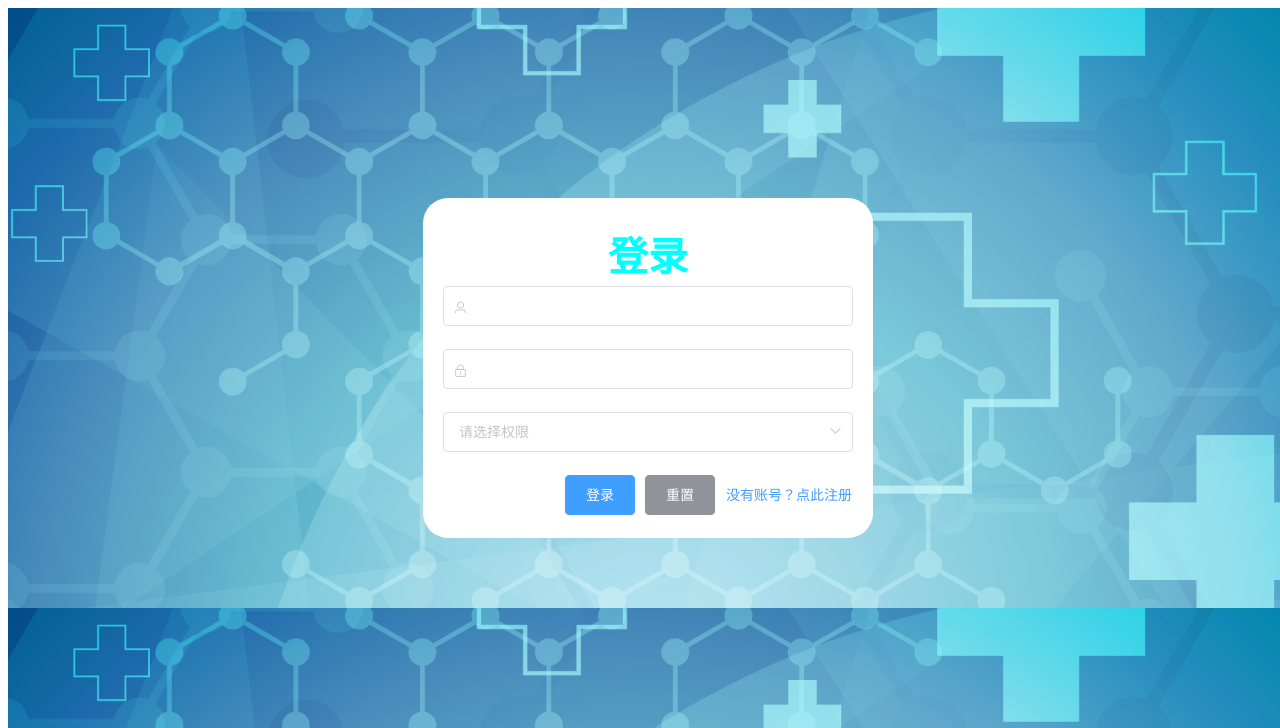
Repository: ShaoCHis/WEB-SOA-frontEnd
Page: /
An editor plug-in stored every save of this project. The page is shown before and after the next save, followed by the edit.
The browser window is 1280 px wide. The pictures show the whole page.
The project was rebuilt for these pictures with package versions that can differ from the ones it lists, and the page was loaded fresh each time. Also part of the build but not shown: src/components/test.vue, src/components/test2.vue, src/components/Register.vue, src/components/Admin/ManagePage.vue, src/components/Hospital/HMainPage.vue, src/components/Patient/MainPage.vue.

Above is the page before, as saved 2021-11-16 18:28:43.

### src/main.js
import Vue from 'vue'
import App from './App.vue'
import router from './router'
import axios from 'axios'//axios
import './plugins/element.js'
import './assets/icon/iconfont.css'
Vue.config.productionTip = false
Vue.prototype.$axios = axios//axios

new Vue({
  router,
  render: h => h(App),
  template: '<App/>'
}).$mount('#app')



//import ElementUI from 'element-ui' //element-ui的全部组件
//import 'element-ui/lib/theme-chalk/index.css'//element-ui的css
//Vue.use(ElementUI) //使用elementUI

/* eslint-disable no-new */
// new Vue({
//   el: '#app',
//   router,
//   components: { App },
//   template: '<App/>'
// })

### src/App.vue
<template>
  <div id="app">
      <router-view v-if="isRouterAlive" />
  </div>
</template>

<script>


export default {
  name:"app",
  provide(){
		return{
			reload:this.reload
		}
	},
data(){
		return{
			isRouterAlive:true
		}
	},
	methods: {
		reload() {
			this.isRouterAlive=false
			this.$nextTick(function(){
				this.isRouterAlive=true
			})
		}
  }
};
</script>

<style>
html,body,#app{

 height: 100%;

}
</style>

### src/router/index.js
import Vue from 'vue'
import Router from 'vue-router'
// import Login from '@/components/Login'
// import Result from '@/components/Result'
import Login from '../components/Login.vue'
import test from '../components/test.vue'
import test2 from '../components/test2.vue'
import Register from '../components/Register.vue'
import ManagePage from '../components/Admin/ManagePage.vue'
import HMainPage from '../components/Hospital/HMainPage.vue'
import MainPage from '../components/Patient/MainPage.vue'

Vue.use(Router)

export default new Router({
  routes: [
    { path: '/', component: Login},
    { path: '/login', component: Login},
    { path: '/register', component: Register},
    { path: '/managepage', component: ManagePage},
    { path: '/hmainpage', component: HMainPage},
    { path: '/mainpage', component: MainPage},
    { path: '/test', component: test},
    { path: '/test2', component: test2},
  ]
})

### src/plugins/element.js
import Vue from 'vue'
import 'element-ui/lib/theme-chalk/index.css'
import {
  Avatar,
  Pagination,
  Dialog,
  Autocomplete,
  Dropdown,
  DropdownMenu,
  DropdownItem,
  Menu,
  Submenu,
  MenuItem,
  MenuItemGroup,
  Input,
  InputNumber,
  Radio,
  RadioGroup,
  RadioButton,
  Checkbox,
  CheckboxButton,
  CheckboxGroup,
  Switch,
  Select,
  Option,
  OptionGroup,
  Button,
  ButtonGroup,
  Table,
  Divider,
  TableColumn,
  DatePicker,
  TimeSelect,
  TimePicker,
  Popover,
  Tooltip,
  Breadcrumb,
  BreadcrumbItem,
  Form,
  FormItem,
  Tabs,
  TabPane,
  Tag,
  Tree,
  Alert,
  Slider,
  Icon,
  Row,
  Col,
  Upload,
  Progress,
  Spinner,
  Badge,
  Card,
  Rate,
  Steps,
  Step,
  Carousel,
  CarouselItem,
  Collapse,
  CollapseItem,
  Cascader,
  ColorPicker,
  Transfer,
  Container,
  Header,
  Aside,
  Main,
  Footer,
  Timeline,
  TimelineItem,
  Link,
  Image,
  Calendar,
  Backtop,
  PageHeader,
  CascaderPanel,
  Loading,
  MessageBox,
  Message,
  Notification,
  Popconfirm
} from 'element-ui';
Vue.use(Avatar);
Vue.use(Pagination);
Vue.use(Dialog);
Vue.use(Autocomplete);
Vue.use(Dropdown);
Vue.use(DropdownMenu);
Vue.use(DropdownItem);
Vue.use(Menu);
Vue.use(Submenu);
Vue.use(MenuItem);
Vue.use(MenuItemGroup);
Vue.use(Input);
Vue.use(InputNumber);
Vue.use(Radio);
Vue.use(RadioGroup);
Vue.use(RadioButton);
Vue.use(Checkbox);
Vue.use(CheckboxButton);
Vue.use(CheckboxGroup);
Vue.use(Switch);
Vue.use(Select);
Vue.use(Option);
Vue.use(OptionGroup);
Vue.use(Button);
Vue.use(ButtonGroup);
Vue.use(Table);
Vue.use(Divider);
Vue.use(TableColumn);
Vue.use(DatePicker);
Vue.use(TimeSelect);
Vue.use(TimePicker);
Vue.use(Popover);
Vue.use(Popconfirm);
Vue.use(Tooltip);
Vue.use(Breadcrumb);
Vue.use(BreadcrumbItem);
Vue.use(Form);
Vue.use(FormItem);
Vue.use(Tabs);
Vue.use(TabPane);
Vue.use(Tag);
Vue.use(Tree);
Vue.use(Alert);
Vue.use(Slider);
Vue.use(Icon);
Vue.use(Row);
Vue.use(Col);
Vue.use(Upload);
Vue.use(Progress);
Vue.use(Spinner);
Vue.use(Badge);
Vue.use(Card);
Vue.use(Rate);
Vue.use(Steps);
Vue.use(Step);
Vue.use(Carousel);
Vue.use(CarouselItem);
Vue.use(Collapse);
Vue.use(CollapseItem);
Vue.use(Cascader);
Vue.use(ColorPicker);
Vue.use(Transfer);
Vue.use(Container);
Vue.use(Header);
Vue.use(Aside);
Vue.use(Main);
Vue.use(Footer);
Vue.use(Timeline);
Vue.use(TimelineItem);
Vue.use(Link);
Vue.use(Divider);
Vue.use(Image);
Vue.use(Calendar);
Vue.use(Backtop);
Vue.use(PageHeader);
Vue.use(CascaderPanel);

Vue.use(Loading.directive);

Vue.prototype.$loading = Loading.service;
Vue.prototype.$msgbox = MessageBox;
Vue.prototype.$alert = MessageBox.alert;
Vue.prototype.$confirm = MessageBox.confirm;
Vue.prototype.$prompt = MessageBox.prompt;
Vue.prototype.$notify = Notification;
Vue.prototype.$message = Message;

### src/assets/icon/iconfont.css
@font-face {
  font-family: "iconfont"; /* Project id 2933034 */
  src: url('iconfont.woff2?t=1636685974259') format('woff2'),
       url('iconfont.woff?t=1636685974259') format('woff'),
       url('iconfont.ttf?t=1636685974259') format('truetype');
}

.iconfont {
  font-family: "iconfont" !important;
  font-size: 16px;
  font-style: normal;
  -webkit-font-smoothing: antialiased;
  -moz-osx-font-smoothing: grayscale;
}

.icon-xiaozu:before {
  content: "\e69a";
  font-size: 18px;
  margin-right: 3px;
  margin-top:2px;
}

### src/components/Login.vue
<template>
<div>
    <div class="login_container" >
        <div class="login_box">
            <div class="tip">
             <h1>登录</h1>
            </div>
            <!-- 头像区域 -->
            <!-- <div class="avatar_box">
               <img src="../assets/back.jpg" alt="">
            </div> -->
            <!-- 登录表单 -->
            <el-form ref="loginFormRef" :model="loginForm" :rules="loginFormRules" label-width="0px" class="login_form">
                <!-- 用户名 -->
                <el-form-item prop="userid">
                     <el-input v-model="loginForm.userid" prefix-icon="el-icon-user"></el-input>
                </el-form-item>
                <!-- 密码 -->
                <el-form-item prop="password">
                     <el-input v-model="loginForm.password" prefix-icon="el-icon-lock"
                     type="password"></el-input>
                </el-form-item>
                <!-- 身份 -->
                <el-form-item prop="role"  >
                   <el-select v-model="loginForm.role" @change="searchSelect(loginForm.role)" placeholder="请选择权限"  style="width:100%" prefix>
                      <el-option v-for="item in options"
                       :key="item.role"
                       :label="item.label"
                       :value="item.role">
                       </el-option>
                  </el-select>
                </el-form-item>

                <!-- 按钮区域 -->
                <el-form-item class="btns">
                     <el-button type="primary" @click="login">登录</el-button>
                     <el-button type="info" @click="resetLoginForm">重置</el-button>
                     <el-button type="text" @click="register">没有账号？点此注册</el-button>
                </el-form-item>
            </el-form>

        </div>
    </div>
</div>
</template>

<script>
export default {

    data(){
        return{

           loginForm:{
                userid:'',
                password:'',
                role:'',
            },
            options: [
                     {label:"患者", role:'Patient'},
                     {label:"医院" , role:"Hospital"},
                     {label:"管理员", role:"Admin"}
                     ],

            loginFormRules:{
                userid:[{required: true, message: '请输入登录账号', trigger: "blur"},
                { min: 5, max: 10, message: '长度在 5 到 10 个字符', trigger: "blur"}],
                password:[{required: true, message: '请输入登录密码', trigger: "blur"},
                { min: 6, max: 15, message: '长度在 6 到 15 个字符', trigger: "blur"}]
            },

            searchSelect(val){
                console.log(val)
                this.value = val
                console.log(this.loginForm)
            },

        };

  },
  methods:{
      //重置按钮
      resetLoginForm(){
         // console.log(this)
          this.$refs.loginFormRef.resetFields();
      },
      login(){
          //  this.$axios
          // //查询是否有该电话
          // .post("/api/Canteen/checkCustomerandAdd",{
          //     "phone": this.username
          // })
          // .then(response=> {
          //   id = response.data;
          //   console.log(id);
          //   //以用户id登录
          //   this.$alert('登录成功！', '提示', {
          //     	confirmButtonText: '确定'
          //     });
          //     this.$router.push({
          //       path:'/Reservation/CustomPage',
          //       name:'CustomPage'
          //     });
          //     sessionStorage.setItem("userID",id);
          //     sessionStorage.setItem("customPageTitle","欢迎来到和平饭店");
          // })

         if(this.value=="Patient") this.$router.push('/mainpage');
         if(this.value=="Hospital") this.$router.push('/hmainpage');
         if(this.value=="Admin") this.$router.push('/managepage');
      },
      register(){
          this.$router.push('/register');
      },
     },
}


</script>

<style lang="less" scoped>
.tip{
          color:cyan;
          font-size: 20px;
          font-weight: bold;
          text-align: center;
          margin-bottom: 30px;
}

.login_container{
    background-color: #5c2c948c;
    background-image:url('../assets/back.jpeg');
    background-size: 100%,100%;
    height: 100%;
    width: 100%;
    position: fixed;
}

.login_box{
    width:450px;
    height:340px;
    background-color: #fff;
    border-radius: 25px;
    position:absolute;
    left:50%;
    top:50%;
    transform: translate(-50%,-50%);
    .avatar_box{
        height:110px;
        width:110px;
        border:1px solid #eee;
        border-radius:50%;
        padding:5px;
        box-shadow:0 0 2px #ddd;
        position: absolute;
        left: 50%;
        transform: translate(-50%,-50%);
        background-color: #fff;
        img{
            width:100%;
            height:100%;
            border-radius: 50%;
            background-color: #eee;
        }
    }
}
.login_form{
    position:absolute;
    bottom:0;
    width: 100%;
    padding:0 20px;
    box-sizing: border-box;

}
.btns{
   display:flex;
   justify-content: flex-end;
}
</style>

Loaded but not shown: public/index.html (common file)

After the next save:
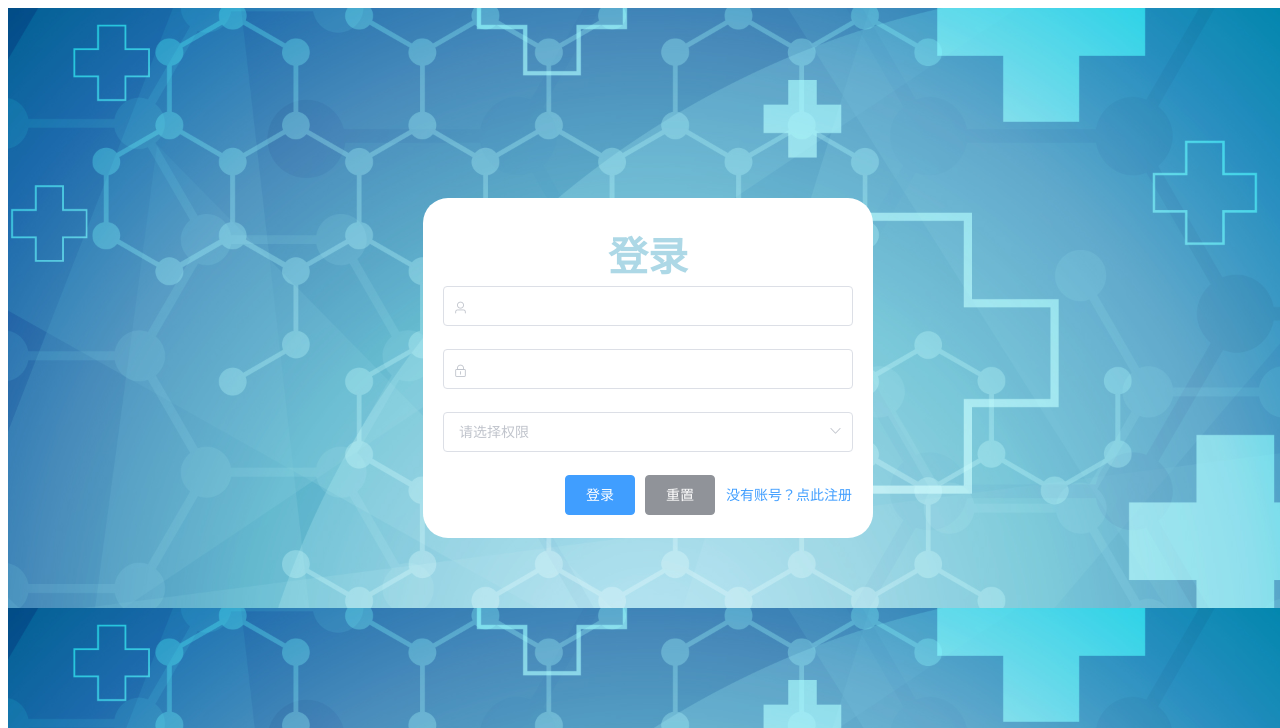
Saved 6 s later.
--- a/src/components/Login.vue
+++ b/src/components/Login.vue
@@ -119,7 +119,7 @@ export default {
 
 <style lang="less" scoped>
 .tip{
-          color:cyan;
+          color: lightblue;
           font-size: 20px;
           font-weight: bold;
           text-align: center;
